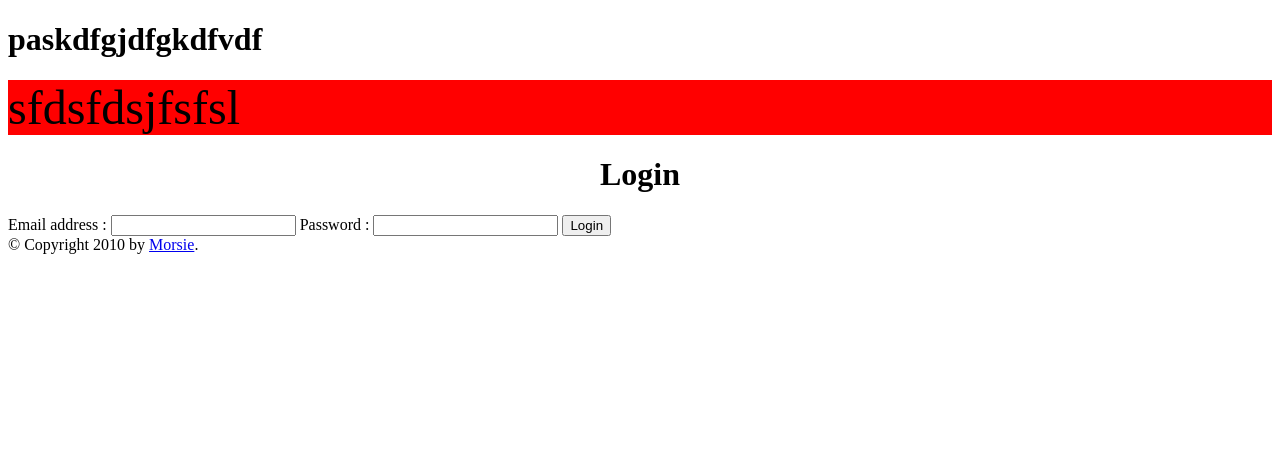
Repository: MorsChen/python-blog
Page: http://localhost/login?next=%2Fnewpost
The author's editor kept a copy of each file at every save. The page is drawn from the files as they stood at one save, then again after the next save.
The browser window is 1280 px wide. The pictures show the whole page.
The page is served by the project's application, run on Flask 3 (default.py).

Above is the page before, as saved 2019-09-09 15:59:25.

### templates/login.html
{% extends 'index.html' %}
{%block title%} Login {% endblock%}
{% block content %}
<form method="POST">
    <h1 style="text-align:center"> Login </h1>
    {{form.hidden_tag()}}
    {{form.email.label}} : {{form.email()}}
    {{form.password.label}} : {{form.password()}}
    {{form.submit}}

</form>


{% endblock %}

### templates/index.html
<!doctype html>
<html>
  <head>
    {% block head %}
    <link rel="stylesheet" href="{{ url_for('static', filename='style.css') }}">
    <title>{% block title %}{% endblock %} - My Blog Webpage</title>
    {% endblock %}
  </head>
  <body>
      <div><h1>paskdfgjdfgkdfvdf</h1></div>
      <nav class="NavBar">sfdsfdsjfsfsl</nav>

      <div id="content">
          {% with messages = get_flashed_messages(with_categories=true) %}
          <!-- Categories: success (green), info (blue), warning (yellow), danger (red) -->
          {% if messages %}
            {% for category, message in messages %}
              <div class="alert alert-{{ category }} alert-dismissible" role="alert">
              <button type="button" class="close" data-dismiss="alert" aria-label="Close"><span aria-hidden="true">&times;</span></button>
              <!-- <strong>Title</strong> --> {{ message }}
              </div>
            {% endfor %}
          {% endif %}
        {% endwith %}

    <div id="content">{% block content %}{% endblock %}</div>
    <div id="footer">
      {% block footer %}
      &copy; Copyright 2010 by <a href="http://domain.invalid/">Morsie</a>.
      {% endblock %}
    </div>
  </body>
</html>

### default.py
import os
from flask import Flask, request, render_template, redirect, url_for, flash
from flask_migrate import Migrate
from flask_sqlalchemy import SQLAlchemy
from werkzeug.security import generate_password_hash, check_password_hash
from datetime import datetime
from flask_wtf import FlaskForm
from wtforms import StringField, SubmitField, PasswordField
from wtforms.validators import DataRequired, Email, EqualTo, ValidationError, Length
from flask_login import LoginManager, UserMixin, login_user, logout_user, current_user, login_required

#setting
app = Flask(__name__)
db = SQLAlchemy(app)
app.config['SECRET_KEY']="SUPERSECRET"

migrate = Migrate(app,db)

login_manager = LoginManager(app)
login_manager.init_app(app)
login_manager.login_view = 'login'


#setting connection
POSTGRES = {
    'user': "khoa",
    'pw': "zzz",
    'db': 'bloghehe',
    'host': "localhost",
    'port': 5432,
}
app.config['SQLALCHEMY_DATABASE_URI'] = 'postgresql://%(user)s:%(pw)s@%(host)s:\
%(port)s/%(db)s' % POSTGRES







#define models

class Users(UserMixin, db.Model):
  id = db.Column(db.Integer, primary_key=True)
  username = db.Column(db.String, nullable=False, unique=True)
  email = db.Column(db.String, nullable=False, unique=True)
  password = db.Column(db.String, nullable=False)
  posts = db.relationship("Posts", backref="users", lazy="dynamic")
  comments = db.relationship("Comments", backref="users", lazy="dynamic")

  def set_pass(self,passw):
    self.password =  generate_password_hash(passw)
  def check_pass(self,passw):
    return check_password_hash(self.password,passw)

class Posts(db.Model):
  id = db.Column(db.Integer, primary_key=True)
  title = db.Column(db.String, nullable=False)
  body = db.Column(db.String, nullable=False)
  created = db.Column(db.DateTime, nullable=False)
  updated = db.Column(db.DateTime)
  author =  db.Column(db.Integer, db.ForeignKey('users.id'), nullable=False)
  comments = db.relationship('Comments', backref="posts", lazy="dynamic")

class Comments(db.Model):
  id = db.Column(db.Integer, primary_key=True)
  body = db.Column(db.String, nullable=False)
  created = db.Column(db.DateTime, nullable=False)
  updated = db.Column(db.DateTime)
  author =  db.Column(db.Integer, db.ForeignKey('users.id'), nullable=False)
  post = db.Column(db.Integer, db.ForeignKey('posts.id'), nullable=False)

db.create_all()


@login_manager.user_loader
def load_user(user_id):
    return Users.query.get(user_id)



#define forms
class Register(FlaskForm):
  username = StringField("User Name", validators=[DataRequired("Please input your username"), Length(min=3, max=20, message="username must have at least 3 char and max 20 chars")])
  email = StringField("Email address", validators=[DataRequired(), Email("Please input an appropriate email address")])
  password = StringField("Password", validators=[DataRequired(), EqualTo("confirm")])
  confirm = StringField("Password", validators=[DataRequired()])
  submit = SubmitField("Register")

  def validate_username(self, field):
        if Users.query.filter_by(username=field.data).first() :
            raise ValidationError("Your username has been registered!!")
  def validate_email(self, field):
        if Users.query.filter_by(email=field.data).first() :
            raise ValidationError("Your email has been registered!!")


class Login(FlaskForm):
  email = StringField("Email address", validators=[DataRequired(), Email("Please input an appropriate email address")])
  password = PasswordField("Password", validators=[DataRequired()])
  submit = SubmitField("Login")

class NewPost(FlaskForm):
  title = StringField("Blog Title", validators=[DataRequired(), Length(min=3,max=255, message="min 3, max 255")])
  body = StringField("Content", validators=[DataRequired(), Length(min=3,max=10000, message="min 3, max 10000")])
  submit = SubmitField("Post")

class New_comment(FlaskForm):
  body = StringField("Comment content", validators=[DataRequired(), Length(min=3, max=1000, message="min 3, max 1000")])
  submit = SubmitField("Comment")

@app.route('/register', methods=['post','get'])
def register():
  form = Register()

  if request.method=="POST":
    if form.validate_on_submit():
      new_user = Users(username = form.username.data,
                        email = form.email.data,
                        )
      new_user.set_pass(form.password.data)
      db.session.add(new_user)
      db.session.commit()
      return redirect(url_for("home"))
    else:
      for field_name, errors in form.errors.items():
          flash(errors)
      return redirect((url_for('register')))
  return render_template('register.html', form = form)

@app.route('/login', methods=['post','get'])
def login():
  form = Login()
  if request.method == 'POST':
    check = Users.query.filter_by(email=form.email.data).first()
    if check :
      if check.check_pass(form.password.data):
        login_user(check)
        return redirect(url_for("home"))
    else:
      flash(["email address not exist"])
      return redirect(url_for('register'))
  return render_template('login.html', form = form)

@app.route('/logout')
@login_required
def logout():
  logout_user()
  return redirect(url_for('login'))

@app.route('/')
def home():
  posts = Posts.query.all()
  return render_template('index.html', posts = posts)


@app.route('/newpost', methods=['post', 'get'])
@login_required
def newpost():
  form = NewPost()
  if request.method == 'POST':
    new_post = Posts(title=form.title.data,
                    body=form.body.data,
                    created = datetime.now())
    current_user.posts.append(new_post)
    db.session.add(new_post)
    db.session.commit()
    return "ok"
  return render_template('newpost.html', form=form)

@app.route('/editpost/<id>', methods=['post','get'])
@login_required
def edit_post(id):
  form = NewPost()
  post = Posts.query.filter_by(id=id, author = current_user.id).first()
  if not post:
    flash([["you are not allowed to edit this post"]])
    return redirect(url_for("home"))
  else:
    if request.method == 'POST':
      post.title = form.title.data
      post.body = form.body.data
      post.updated = datetime.now()
      db.session.commit()
      return "ok"
      # return redirect(url_for('post'))
  return render_template('editpost.html', form = form )

@app.route('/delete_post/<id>', methods=['get'])
@login_required
def delete_post(id):
  post = Posts.query.filter_by(id=id, author=current_user.id).first()
  if post:
    db.session.delete(post)
    db.session.commit()
  else:
    flash(['You are not allowed to delete this post'])
  return redirect(url_for('home'))

@app.route('/single_post/<id>', methods=['get'])
def single_post(id):
  post = Posts.query.filter_by(id=id).first()  # 1 item
  comments = post.comments.all()  # a list
  return render_template('single_post.html', post = post, comments = comments)


@app.route('/posts/<id>/comments', methods=['POST','GET'])
def new_comment(id):
  form = New_comment()
  if request.method == 'POST':
    if form.validate_on_submit():
      post = Posts.query.filter_by(id=id).first()
      c = Comments(body=form.body.data,
                    created = datetime.now(),
                    # author = current_user.id,
                    )
      current_user.comments.append(c) # autho
      post.comments.append(c)      # post
      db.session.add(c)
      db.session.commit()
      return redirect(url_for('single_post', id=id))
    else:
      for field_name, errors in form.errors.items():
          flash(errors)
      return redirect((url_for('new_comment')))
  return render_template('new_comment.html', form = form)



@app.route('/khoa', methods=['get','options',"DELETE"])
def khoa():
  if request.method == "DELETE":
    return "KHOA IS COOL"
  return "NOPE"


if __name__ == "__main__":
  app.run(debug=True, port=5001)

### static/style.css
.NavBar {
    display: flex;
    position: sticky;
    top: 0;
    background-color: red;
    font-size: 3rem;
}

After the next save:
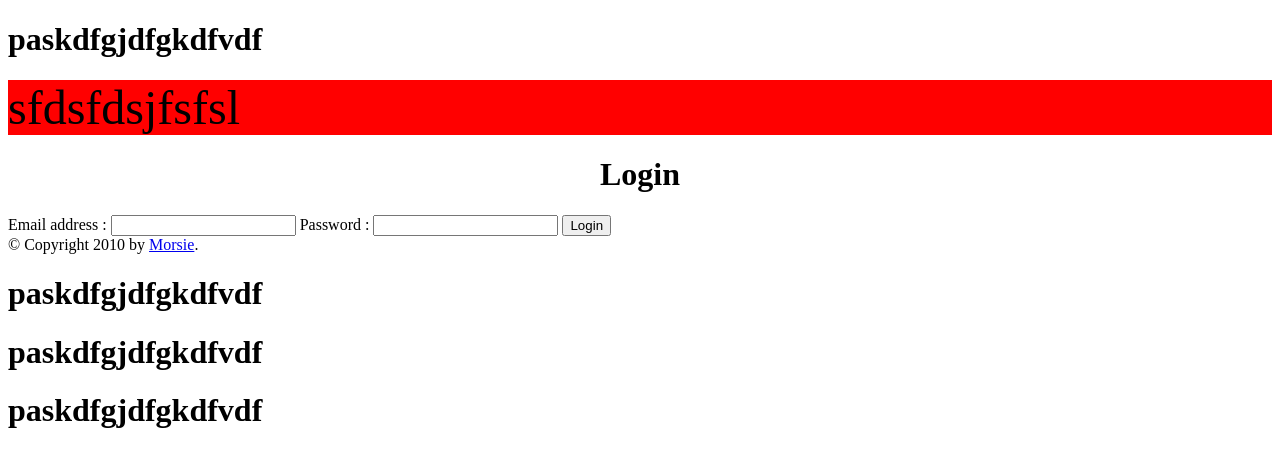
Saved 19 s later.
--- a/templates/index.html
+++ b/templates/index.html
@@ -29,5 +29,6 @@
       &copy; Copyright 2010 by <a href="http://domain.invalid/">Morsie</a>.
       {% endblock %}
     </div>
+    <div><h1>paskdfgjdfgkdfvdf</h1></div><div><h1>paskdfgjdfgkdfvdf</h1></div><div><h1>paskdfgjdfgkdfvdf</h1></div>
   </body>
 </html>
